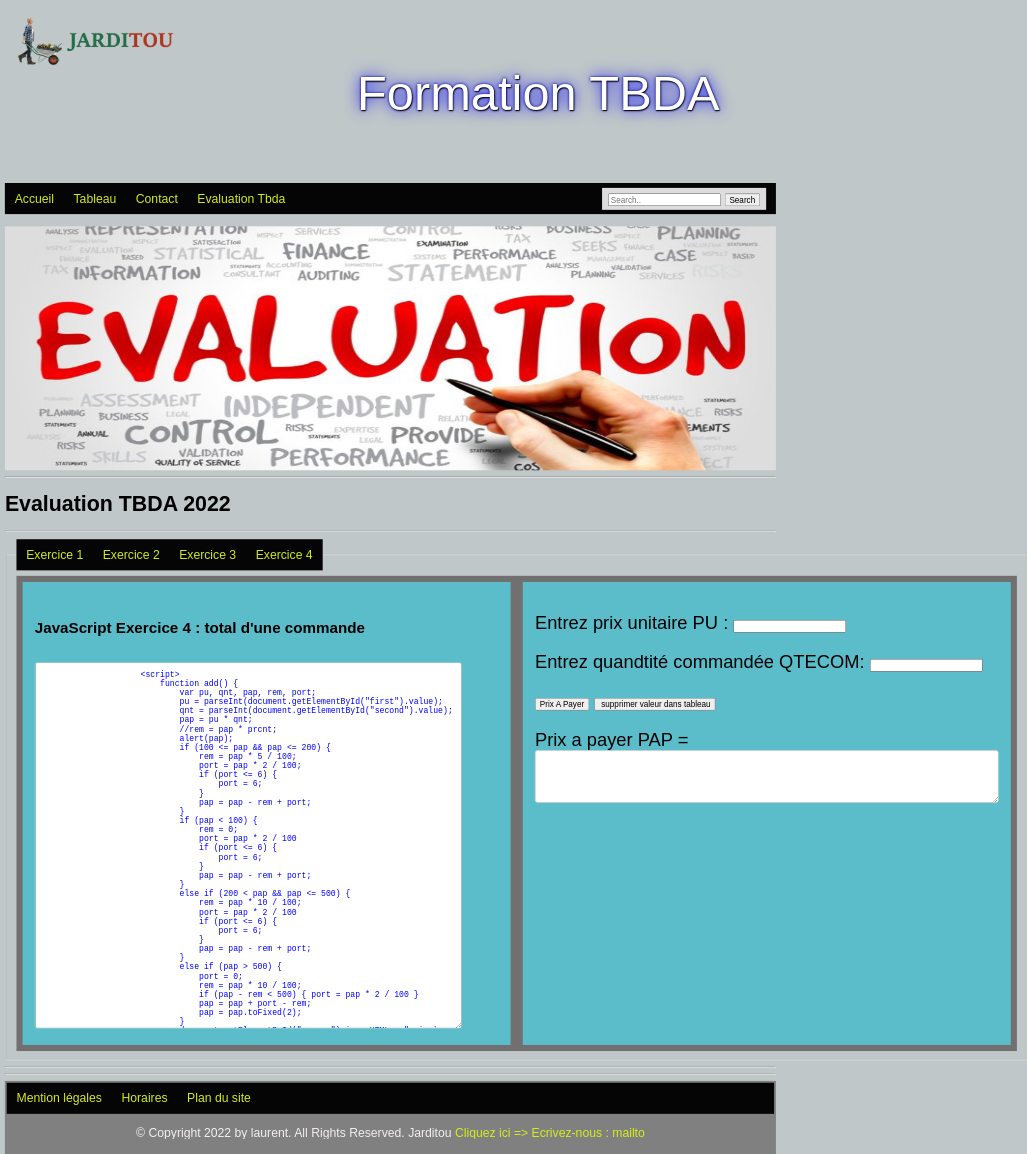
Repository: laurentbul/jarditou
Page: javascript/EvaluationTbda/eval_ex4.html
These files come from the project's save history. The page is drawn as it stood at one moment and after the next save; the edit follows.
The browser window is 1280 px wide. The page is 1684 px wide, so the pictures cover 1684 px, including what lies to the right of the window. The pictures show the whole page, at 61% of full size.
An inner scrolling area shows only its first screen.

Above is the page before, as saved 2022-12-15 03:10:18.

After the next save:
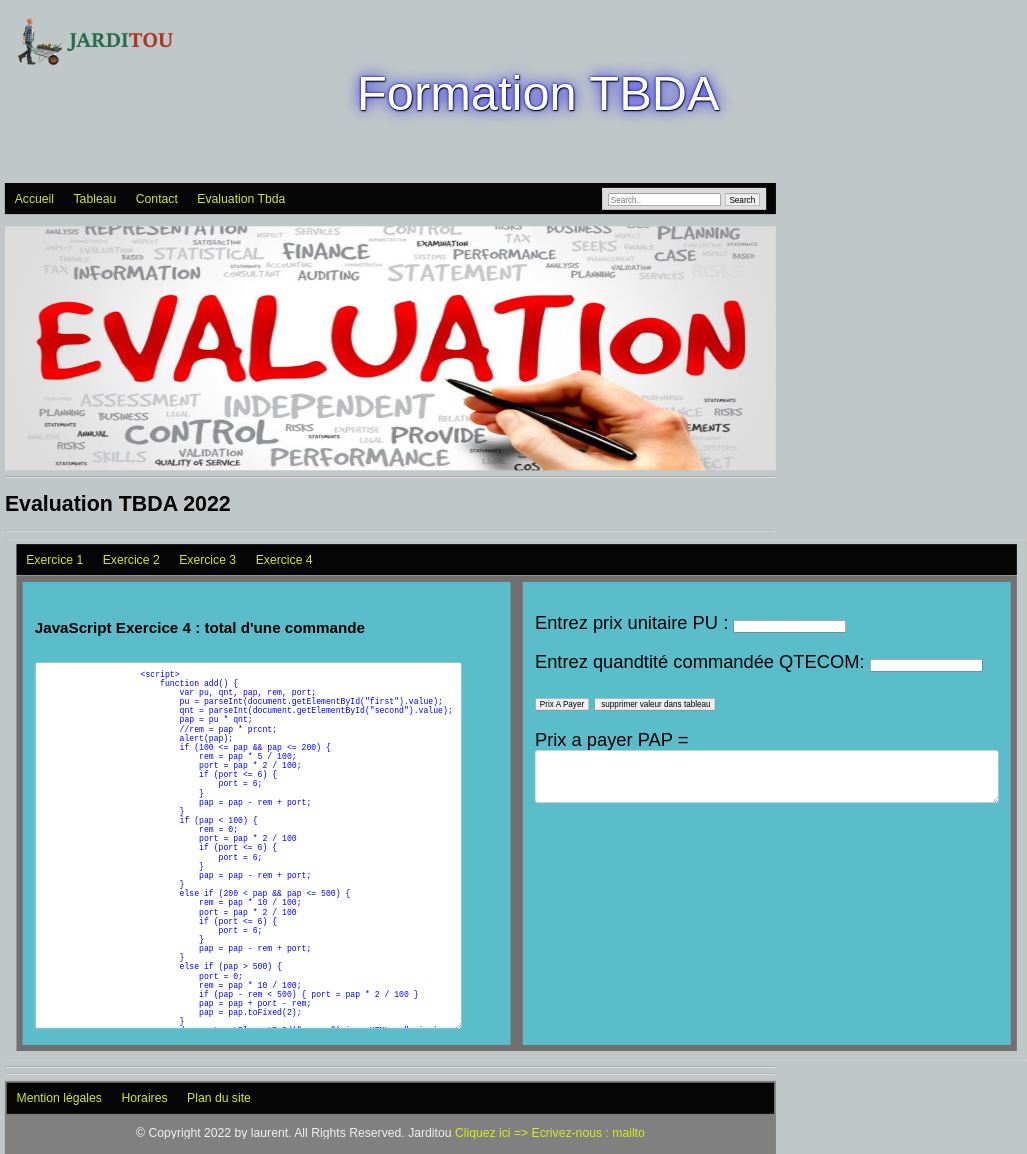
Saved 21 s later.
--- a/javascript/EvaluationTbda/eval_ex4.html
+++ b/javascript/EvaluationTbda/eval_ex4.html
@@ -55,7 +55,6 @@
     <include src="./horaire.html"></include>
     <hr>
     <fieldset>
-        <legend style="padding:1px 0; font-size:20px;">
             <nav style="padding:1px 0; font-size:20px;">
                 <ul>
                     <li><a href="eval_ex1.html">Exercice 1 </a></li>
@@ -65,7 +64,6 @@
                     </li>
                 </ul>
             </nav>
-        </legend>
         <div class="flex-container2">
             <div id="code">
                 <h5>JavaScript Exercice 4 : total d'une commande</h5>
